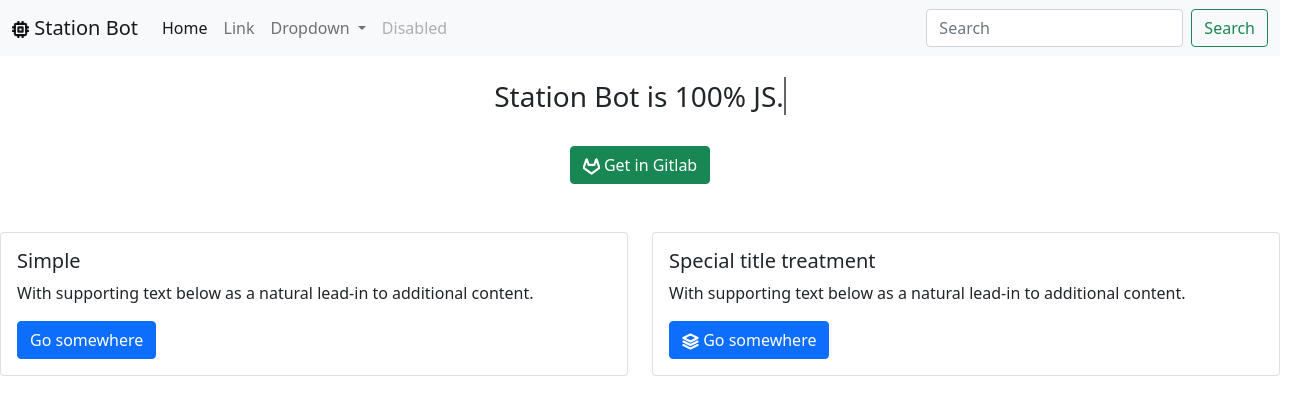
Repository: Valenplayer3000/StationBot-Web
Page: index.html
The author's editor kept a copy of each file at every save. The page is drawn from the files as they stood at one save, then again after the next save.
The browser window is 1280 px wide. The page is 1292 px wide, so the pictures cover 1292 px, including what lies to the right of the window. The pictures show the whole page.
Some web libraries are served in a nearby version.

Above is the page before, as saved 2021-10-30 13:20:59.

After the next save:
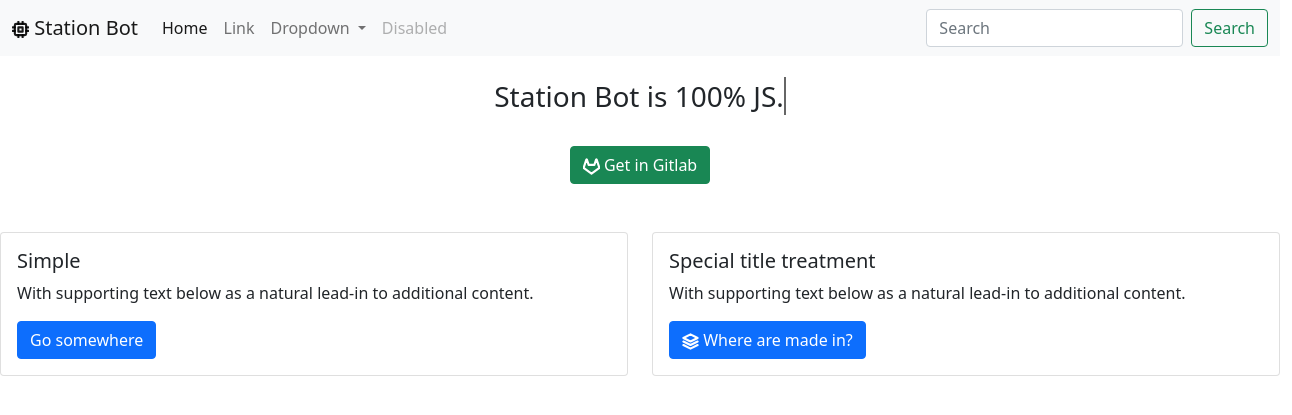
Saved 47 h 38 min later.
--- a/index.html
+++ b/index.html
@@ -78,7 +78,7 @@
             <div class="card-body">
               <h5 class="card-title">Special title treatment</h5>
               <p class="card-text">With supporting text below as a natural lead-in to additional content.</p>
-              <a href="#" class="btn btn-primary"><i data-feather="layers"></i> Go somewhere</a>
+              <a href="#" class="btn btn-primary"><i data-feather="layers"></i> Where are made in?</a>
             </div>
           </div>
         </div>
